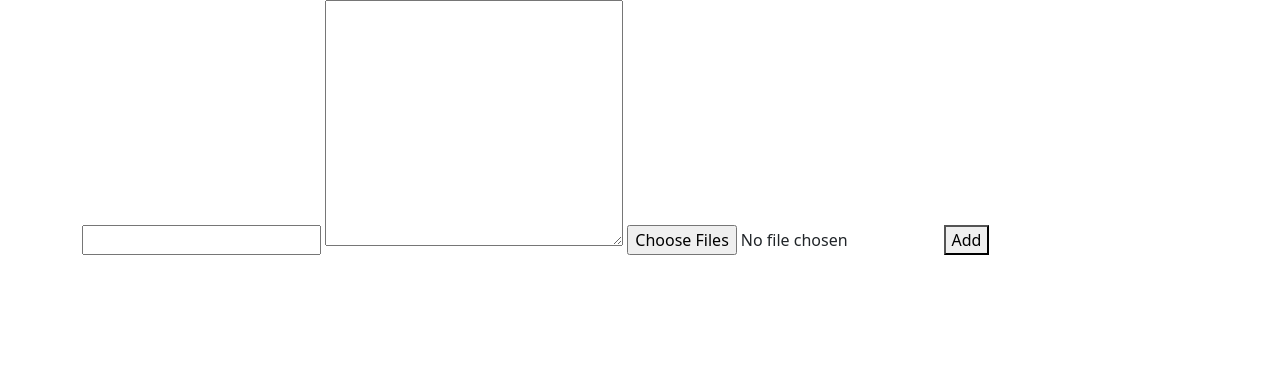
Repository: wasimalbokae2000/blogs
Page: http://localhost/posts/create
These files come from the project's save history. The page is drawn as it stood at one moment and after a run of saves; the edit follows.
The browser window is 1280 px wide. The pictures show the whole page.
The page is served by the project's Laravel application, run on PHP 8.4 with Laravel 12. Other server files are loaded and not shown.

Above is the page before, as saved 2024-11-27 23:04:01.

### routes/web.php
<?php

use Illuminate\Support\Facades\Route;
use App\Http\Controllers\PostController;
Route::get('/', function () {
    return view('welcome');
});

Route::get('/posts', [PostController::class, "index"])->name("posts");
Route::get('/posts/create', [PostController::class, "create"] )->name("posts.create");
Route::POST('/posts/store', [PostController::class, "store"] )->name("posts.store");
Route::get('/posts/show/id={id?}', [PostController::class, "show"] )->name("posts.show");
Route::get('/posts/edit/id={id?}', [PostController::class, "edit"] )->name("posts.edit");
Route::POST('/posts/update/id={id?}', [PostController::class, "update"] )->name("posts.update");
Route::get('/posts/delete/id={id?}', [PostController::class, "destroy"] )->name("posts.delete");

### app/Http/Controllers/PostController.php
<?php

namespace App\Http\Controllers;

use App\Models\Post;
use Illuminate\Http\Request;

class PostController extends Controller
{
    /**
     * Display a listing of the resource.
     */
    public function index()
    {
        $posts=Post::all();
        return view("posts.index",compact("posts"));
    }

    /**
     * Show the form for creating a new resource.
     */
    public function create()
    {
        return view("posts.create");
    }

    /**
     * Store a newly created resource in storage.
     */
    public function store(Request $request)
    {

        $arr_images=array();
        if($images=$request->file("image"))
        {
            foreach($images as $image)
            {
                $imgName=$image->getClientOriginalName() . '-'. uniqid() . '.'.$image->getClientOriginalExtension();
                $arr_images[]=$imgName;
                 $image->move(public_path("/images"),$imgName);
            }
            // $imgName=$request->file("image")->getClientOriginalName() . '-'. uniqid() . '.'.$request->file("image")->getClientOriginalExtension();
        }
        $p=Post::create([
            "title"=>$request->title,
            "description"=>$request->description,
            "image"=>implode('|',$arr_images)
            ]);
        if($p)
        return redirect()->route('posts');
        return view("posts.index");
    }

    /**
     * Display the specified resource.
     */
    public function show($id)
    {
        $post=Post::find($id);
        return view("posts.show",compact("post"));
    }
    public function showForEdit($id)
    {

    }

    /**
     * Show the form for editing the specified resource.
     */
    public function edit($id)
    {
        $post=Post::find($id);
        return view("posts.edit",compact("post"));
    }

    /**
     * Update the specified resource in storage.
     */
    public function update(Request $request, $id)
    {
        $post=POST::find($id);
        $post->title=$request->title;
        $post->description=$request->description;
        if($request->hasFile("image"))
        {
            $imgName=$request->file("image")->getClientOriginalName() . '-'. uniqid() . '.'.$request->file("image")->getClientOriginalExtension();
           $request->file("image")->move(public_path("/images"),$imgName);
           $post->image=$imgName;
        }
        $post->save();
        return redirect()->route('posts');
    }

    /**
     * Remove the specified resource from storage.
     */
    public function destroy($id)
    {
        $post = Post::find($id);
        $post->delete();
        return redirect()->route('posts');
    }
}

### resources/views/posts/create.blade.php
<link href="https://cdn.jsdelivr.net/npm/bootstrap@5.3.3/dist/css/bootstrap.min.css" rel="stylesheet" integrity="sha384-QWTKZyjpPEjISv5WaRU9OFeRpok6YctnYmDr5pNlyT2bRjXh0JMhjY6hW+ALEwIH" crossorigin="anonymous">

<div class="container">
    <form action="{{ route("posts.store") }}" enctype="multipart/form-data" method="POST">
        @method("POST")
        @csrf
        <input type="text" class="input" name="title">
        <textarea name="description" id="" cols="30" rows="10"></textarea>
        <input type="file" name="image[]" multiple>
        <button type="submit">Add</button>
    </form>
</div>

<script src="https://cdn.jsdelivr.net/npm/bootstrap@5.3.3/dist/js/bootstrap.bundle.min.js" integrity="sha384-YvpcrYf0tY3lHB60NNkmXc5s9fDVZLESaAA55NDzOxhy9GkcIdslK1eN7N6jIeHz" crossorigin="anonymous"></script>

Loaded but not shown: app/Http/Controllers/Controller.php (common file)

After the next 2 saves:
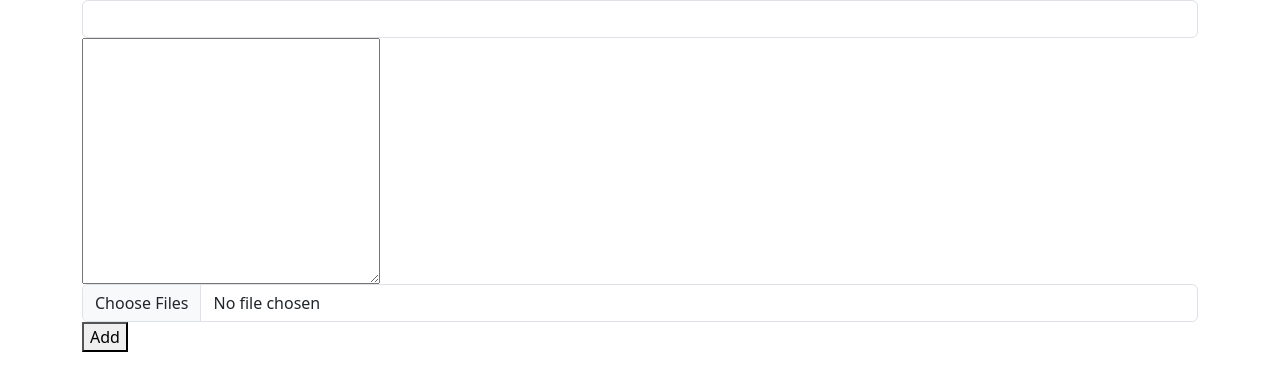
The 2 saves are shown as one change because they came seconds apart.
The last was saved 94 s later.
--- a/resources/views/posts/create.blade.php
+++ b/resources/views/posts/create.blade.php
@@ -4,9 +4,9 @@
     <form action="{{ route("posts.store") }}" enctype="multipart/form-data" method="POST">
         @method("POST")
         @csrf
-        <input type="text" class="input" name="title">
+        <input type="text" class="form-control" name="title">
         <textarea name="description" id="" cols="30" rows="10"></textarea>
-        <input type="file" name="image[]" multiple>
+        <input class="form-control" type="file" name="image[]" multiple>
         <button type="submit">Add</button>
     </form>
 </div>
